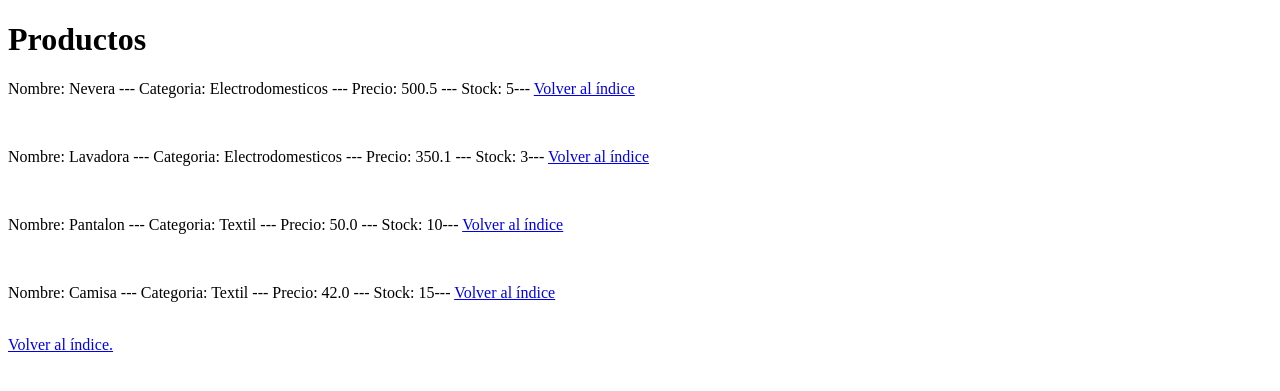
Repository: scgil/master-java
Page: http://localhost/Almacen/eliminar.jsp
The author's editor kept a copy of each file at every save. The page is drawn from the files as they stood at one save, then again after the next save.
The browser window is 1280 px wide. The pictures show the whole page.
The page is served by Tomcat 10.

Above is the page before, as saved 2024-12-17 15:27:58.

After the next save:
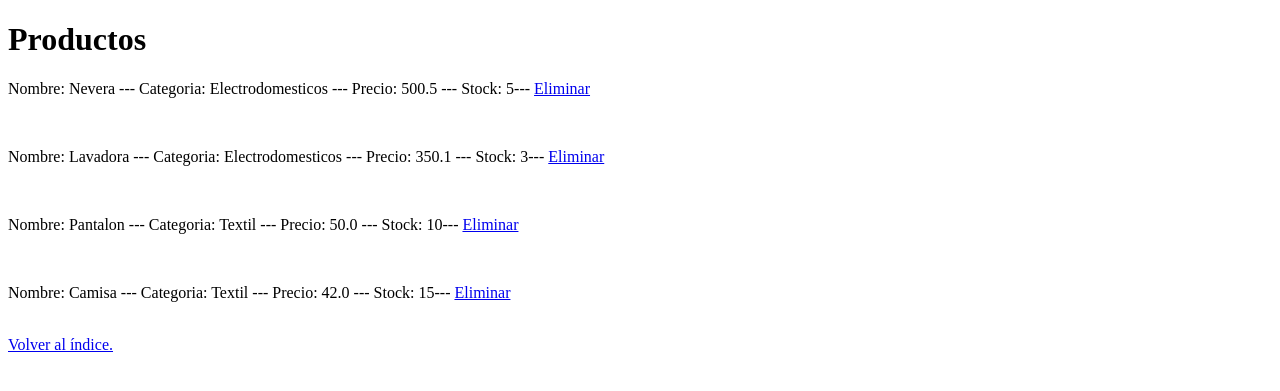
Saved 64 s later.
--- a/Semana2/Almacen/src/main/webapp/eliminar.jsp
+++ b/Semana2/Almacen/src/main/webapp/eliminar.jsp
@@ -25,7 +25,7 @@ for(int i=0; i< productos.size(); i++){
 %>
 
 <p> Nombre: <%= productos.get(i).getNombre() %> --- Categoria: <%= productos.get(i).getCategoria() %>
---- Precio: <%= productos.get(i).getPrecio() %> --- Stock: <%= productos.get(i).getStock() %>--- <a href='EliminarServlet?idList="<%= i %>"'>Volver al índice</a></p><br>
+--- Precio: <%= productos.get(i).getPrecio() %> --- Stock: <%= productos.get(i).getStock() %>--- <a href='EliminarServlet?idList="<%= i %>"'>Eliminar</a></p><br>
 
 <%} %>
 
